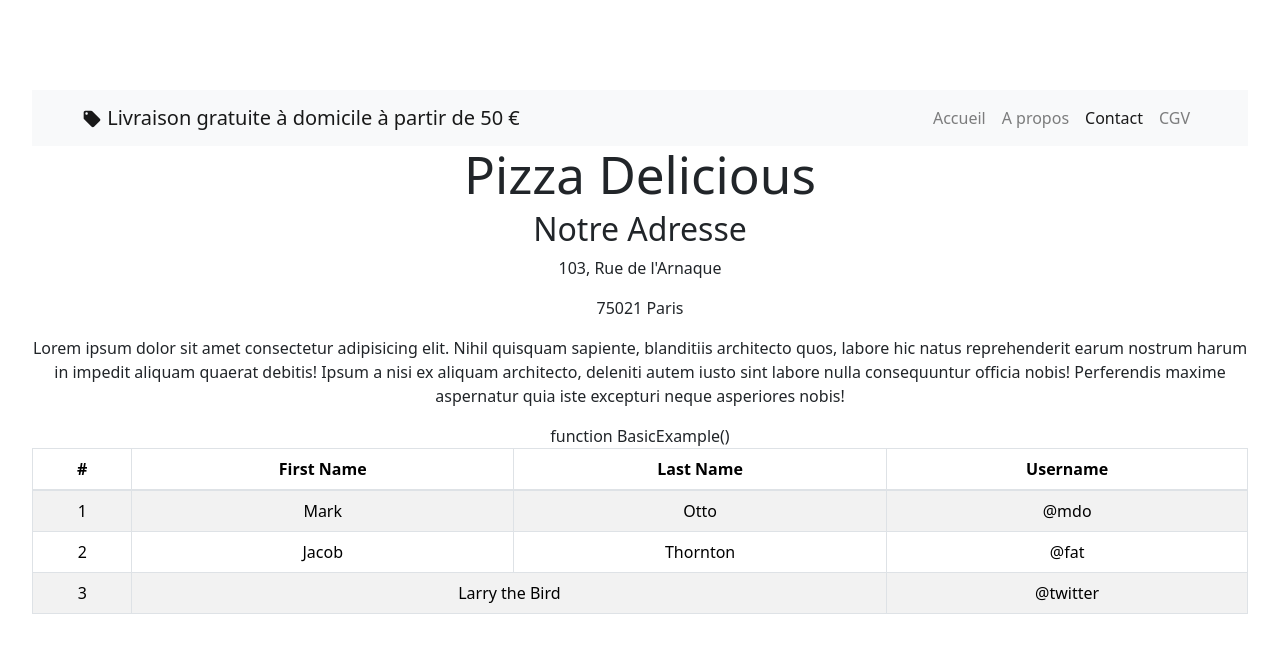
Repository: IchibanDZ/afpadev
Page: /contact (app in Desktop/dev/Pizza/)
The author's editor kept a copy of each file at every save. The page is drawn from the files as they stood at one save, then again after the next save.
The browser window is 1280 px wide. The pictures show the whole page.
The project was rebuilt for these pictures with package versions that can differ from the ones it lists, and the page was loaded fresh each time. Also part of the build but not shown: Desktop/dev/Pizza/vite.config.js, Desktop/dev/Pizza/src/components/header/header.css, Desktop/dev/Pizza/src/components/home/home.css, Desktop/dev/Pizza/src/components/about/About.css, Desktop/dev/Pizza/app_pizzeria/pizza-data.js, Desktop/dev/Pizza/src/components/about/About.jsx, Desktop/dev/Pizza/src/components/home/Home.jsx, Desktop/dev/Pizza/src/components/Apropos/Apropos.jsx and 1 more.

Above is the page before, as saved 2024-08-22 10:47:14.

### Desktop/dev/Pizza/index.html
<!doctype html>
<html lang="en">
  <head>
    <meta charset="UTF-8" />
    <link rel="stylesheet" href="https://cdn.jsdelivr.net/npm/bootstrap@4.6.2/dist/css/bootstrap.min.css" integrity="sha384-xOolHFLEh07PJGoPkLv1IbcEPTNtaed2xpHsD9ESMhqIYd0nLMwNLD69Npy4HI+N" crossorigin="anonymous">

    <meta name="viewport" content="width=device-width, initial-scale=1.0" />
    <title>Vite + React</title>
  </head>
  <body>
    <div id="root"></div>
    <script type="module" src="/src/main.jsx"></script>
  </body>
</html>

### Desktop/dev/Pizza/src/App.jsx
import { useState } from 'react'
import 'bootstrap/dist/css/bootstrap.min.css';
import './App.css'
import Header from './components/header/Header'
import Home from './components/home/Home'
import About from './components/about/About'
import Contact from './components/contact/Contact'
import Apropos from './components/Apropos/Apropos'
import Cgv from './components/Cgv/Cgv'
import { BrowserRouter, Route, Routes } from 'react-router-dom';



function App() {
  const [count, setCount] = useState(0)

  return (
    <BrowserRouter>
      <Header />
    <Routes>
      <Route path="/" element={<Home />} />
      <Route path="/about" element={<About />} />
      <Route path="/contact" element={<Contact />} />
      <Route path="/apropos" element={<Apropos />} />
      <Route path="/header" element={<Header />} />
      <Route path="/cgv" element={<Cgv />} />
    </Routes>
  </BrowserRouter>
  )
}

export default App

### Desktop/dev/Pizza/src/components/header/Header.jsx
import React from 'react';
import "./header.css";
import Container from 'react-bootstrap/Container';
import Nav from 'react-bootstrap/Nav';
import Navbar from 'react-bootstrap/Navbar';
import { LinkContainer } from 'react-router-bootstrap';
import { MdLocalOffer } from "react-icons/md";

const Header = () => {
    return (
        <div>
             <Navbar expand="lg" className="bg-body-tertiary">
      <Container>
        <Navbar.Brand href="#home"><MdLocalOffer /> Livraison gratuite à domicile à partir de 50 €</Navbar.Brand>
        <Navbar.Toggle aria-controls="basic-navbar-nav" />
        <Navbar.Collapse id="basic-navbar-nav">
          <Nav className="ms-auto">
            <LinkContainer to="/">
            <Nav.Link>Accueil</Nav.Link>
            </LinkContainer>
            <LinkContainer to="/apropos">
            <Nav.Link>A propos</Nav.Link>
            </LinkContainer>
            <LinkContainer to="/contact">
            <Nav.Link>Contact</Nav.Link>
            </LinkContainer>
            <LinkContainer to="/cgv">
            <Nav.Link>CGV</Nav.Link>
            </LinkContainer>

          </Nav>
        </Navbar.Collapse>
      </Container>
    </Navbar>
        </div>
    )
}

export default Header;

### Desktop/dev/Pizza/src/components/contact/Contact.jsx
import React from 'react'
import Table from 'react-bootstrap/Table';

const Contact = () => {
  return (
    <div>
    <h1>Pizza Delicious</h1>
    <h2>Notre Adresse</h2>
    <p>103, Rue de l'Arnaque</p>
    <p>75021 Paris</p>
    <p>Lorem ipsum dolor sit amet consectetur adipisicing elit. Nihil quisquam sapiente, blanditiis architecto quos, labore hic natus reprehenderit earum nostrum harum in impedit aliquam quaerat debitis! Ipsum a nisi ex aliquam architecto, deleniti autem iusto sint labore nulla consequuntur officia nobis! Perferendis maxime aspernatur quia iste excepturi neque asperiores nobis!</p>
    function BasicExample()

    <Table striped bordered hover>
      <thead>
        <tr>
          <th>#</th>
          <th>First Name</th>
          <th>Last Name</th>
          <th>Username</th>
        </tr>
      </thead>
      <tbody>
        <tr>
          <td>1</td>
          <td>Mark</td>
          <td>Otto</td>
          <td>@mdo</td>
        </tr>
        <tr>
          <td>2</td>
          <td>Jacob</td>
          <td>Thornton</td>
          <td>@fat</td>
        </tr>
        <tr>
          <td>3</td>
          <td colSpan={2}>Larry the Bird</td>
          <td>@twitter</td>
        </tr>
      </tbody>
    </Table>


    </div>
  )
}

export default Contact

Loaded but not shown: Desktop/dev/Pizza/src/main.jsx (common file); Desktop/dev/Pizza/src/index.css (common file); Desktop/dev/Pizza/src/App.css (common file)

After the next save:
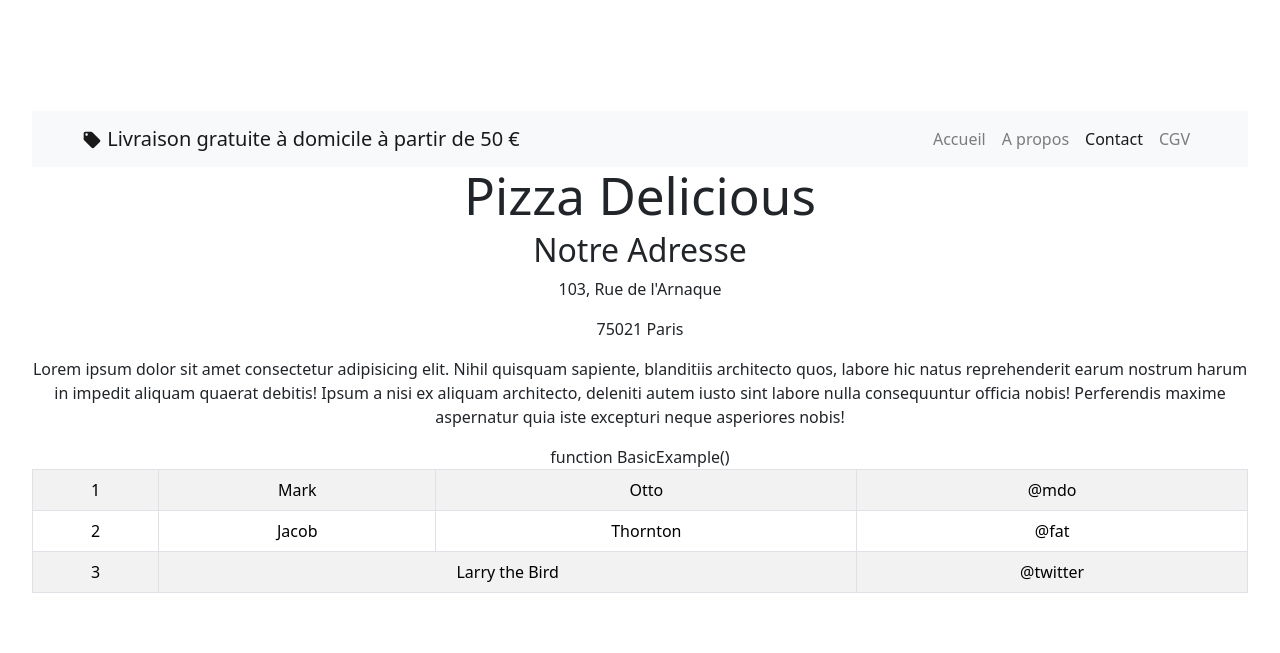
Saved 15 min 55 s later.
--- a/Desktop/dev/Pizza/src/components/contact/Contact.jsx
+++ b/Desktop/dev/Pizza/src/components/contact/Contact.jsx
@@ -13,12 +13,7 @@ const Contact = () => {
 
     <Table striped bordered hover>
       <thead>
-        <tr>
-          <th>#</th>
-          <th>First Name</th>
-          <th>Last Name</th>
-          <th>Username</th>
-        </tr>
+
       </thead>
       <tbody>
         <tr>
